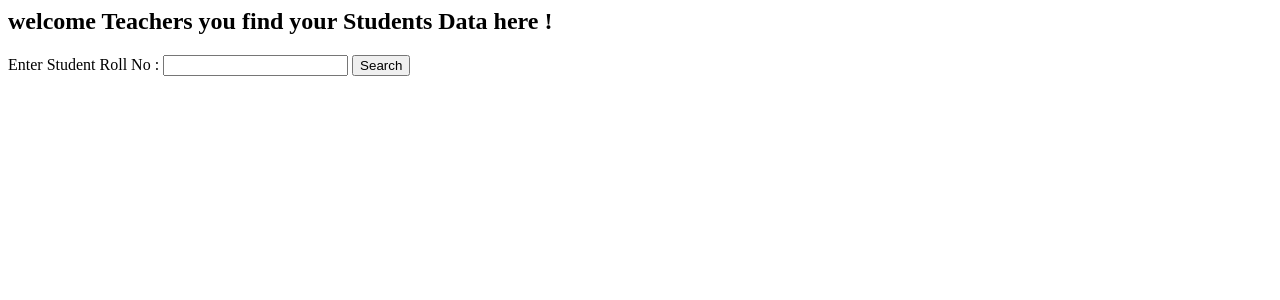
Repository: AakashPatel11799/mavenArchitecture
Page: http://localhost/maven-spring/input.jsp
The author's editor kept a copy of each file at every save. The page is drawn from the files as they stood at one save, then again after the next save.
The browser window is 1280 px wide. The pictures show the whole page.
The page is served by Tomcat 9.

Above is the page before, as saved 2024-06-20 03:18:47.

After the next save:
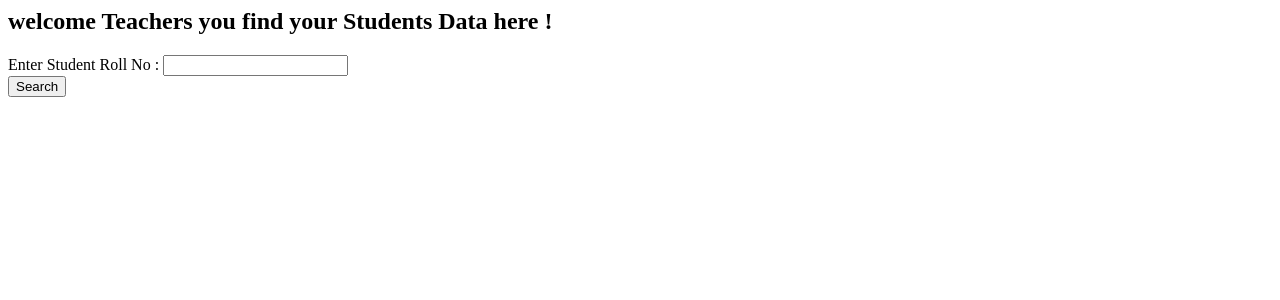
Saved 87 s later.
--- a/maven-spring/src/main/webapp/input.jsp
+++ b/maven-spring/src/main/webapp/input.jsp
@@ -2,7 +2,7 @@
 <body>
 <h2>welcome Teachers you find your Students Data here !</h2>
 <form action="SearchStudent1">
-Enter Student Roll No : <input type="text" name="t1">
+Enter Student Roll No : <input type="text" name="t1"><br>
 <input type="submit" value ="Search">
 </form>
 </body>

After the save that followed:
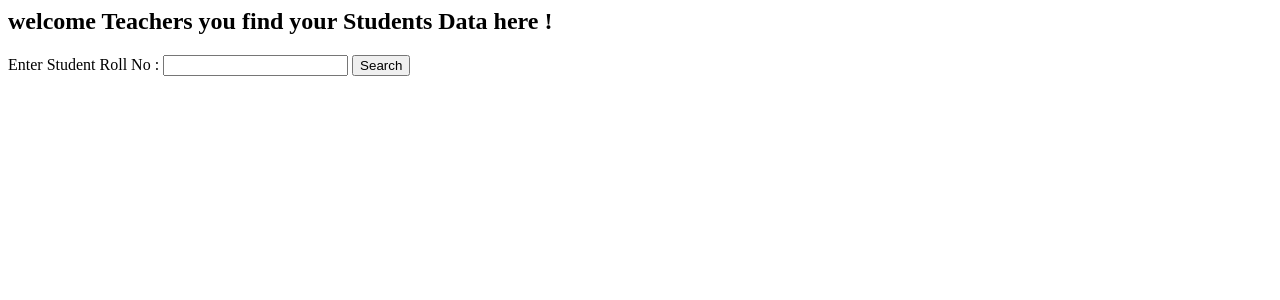
Saved 33 s later.
--- a/maven-spring/src/main/webapp/input.jsp
+++ b/maven-spring/src/main/webapp/input.jsp
@@ -2,7 +2,7 @@
 <body>
 <h2>welcome Teachers you find your Students Data here !</h2>
 <form action="SearchStudent1">
-Enter Student Roll No : <input type="text" name="t1"><br>
+Enter Student Roll No : <input type="text" name="t1">
 <input type="submit" value ="Search">
 </form>
 </body>
